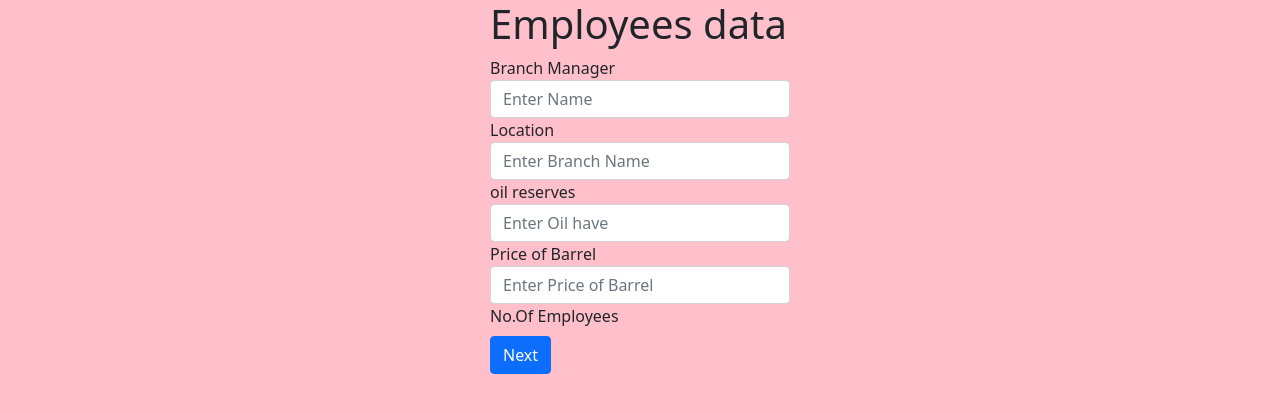
Repository: veerrajuMareddi/demo
Page: http://localhost/OilCorporation/views/save.jsp
An editor plug-in stored every save of this project. The page is shown before and after the next save, followed by the edit.
The browser window is 1280 px wide. The pictures show the whole page.
The page is served by Tomcat 9. Other server files are loaded and not shown.

Above is the page before, as saved 2022-05-01 04:48:26.

### OilCorporation/src/main/webapp/views/save.jsp

<%@ page language="java" contentType="text/html; charset=ISO-8859-1"
	pageEncoding="ISO-8859-1"%>
<%@ taglib uri="http://www.springframework.org/tags/form" prefix="form"%>
<%@taglib prefix="c" uri="http://java.sun.com/jsp/jstl/core"%>

<!DOCTYPE html>
<html>
<head>
<link
	href="https://cdn.jsdelivr.net/npm/bootstrap@5.1.3/dist/css/bootstrap.min.css"
	rel="stylesheet"
	integrity="sha384-1BmE4kWBq78iYhFldvKuhfTAU6auU8tT94WrHftjDbrCEXSU1oBoqyl2QvZ6jIW3"
	crossorigin="anonymous">
<script
	src="https://cdn.jsdelivr.net/npm/bootstrap@5.1.3/dist/js/bootstrap.bundle.min.js"
	integrity="sha384-ka7Sk0Gln4gmtz2MlQnikT1wXgYsOg+OMhuP+IlRH9sENBO0LRn5q+8nbTov4+1p"
	crossorigin="anonymous"></script>
<meta charset="ISO-8859-1">
<title>oilLmtd</title>
</head>

	<body style="background-color: pink;">
<style>
	form {
		width: 300px;
		margin: 0 auto;
	}
</style>
   <form action ="${pageContext.request.contextPath}/src/saveModel" method="post">
   <h1>Employees data</h1>
   <div class="form-group">
    <label for="branchManager">Branch Manager</label>
    <input type="text" class="form-control" name ="branchManager" id="branchManager" aria-describedby="emailHelp" placeholder="Enter Name">
   </div>
   <div class="form-group">
    <label for="branchManager">Location</label>
    <input type="text" class="form-control" name ="location" id="branchManager" aria-describedby="emailHelp" placeholder="Enter Branch Name">
   </div>
   <div class="form-group">
    <label for="branchManager">oil reserves</label>
    <input type="text" class="form-control" name ="oilReserves" id="branchManager" aria-describedby="emailHelp" placeholder="Enter Oil have">
   </div>
    <div class="form-group">
    <label for="branchManager">Price of Barrel</label>
    <input type="number" class="form-control" name ="barrelPrice" id="branchManager" aria-describedby="emailHelp" placeholder="Enter Price of Barrel">
   </div>
   <div class="form-group">
    <label for="branchManager">No.Of Employees</label>
    <input type="hidden" class="form-control" name ="emp.salary" id="branchManager" aria-describedby="emailHelp" placeholder="Enter Name">
   </div>
  <!-- <div class="form-group">
    <label for="exampleInputPassword1">Salary</label>
    <input type="number" class="form-control" name="emp.salary" id="oilReserves" placeholder="Enter Barrel Price">
  </div> -->

    <div class="form-group">
    <input type="hidden" class="form-control" name="prices.crudePrice" id="oilReserves" placeholder="Enter Barrel Price">
  </div>
 <!--  <div class="form-group">
    <label for="exampleInputPassword1"> petrol price</label>
    <input type="number" class="form-control" name="prices.petrolPrice" id="oilReserves" placeholder="Enter Barrel Price">
  </div>
  <div class="form-group">
    <label for="exampleInputPassword1">diesel price</label>
    <input type="number" class="form-control" name="prices.dieselPrice" id="oilReserves" placeholder="Enter Barrel Price">
  </div>
  <div class="form-group">
    <label for="exampleInputPassword1">Gas price</label>
    <input type="number" class="form-control" name="prices.gasPrice" id="oilReserves" placeholder="Enter Barrel Price">
  </div>
 -->  <!-- <div class="form-group">
    <label for="exampleInputPassword1">Salary</label>
    <input type="number" class="form-control" name="emp.salary" id="oilReserves" placeholder="Enter Barrel Price">
  </div> -->
  <div class="form-group mt-2">
  <button type="submit" class="btn btn-primary">Next</button>
  </div>
</form>
</body>
</html>

After the next save:
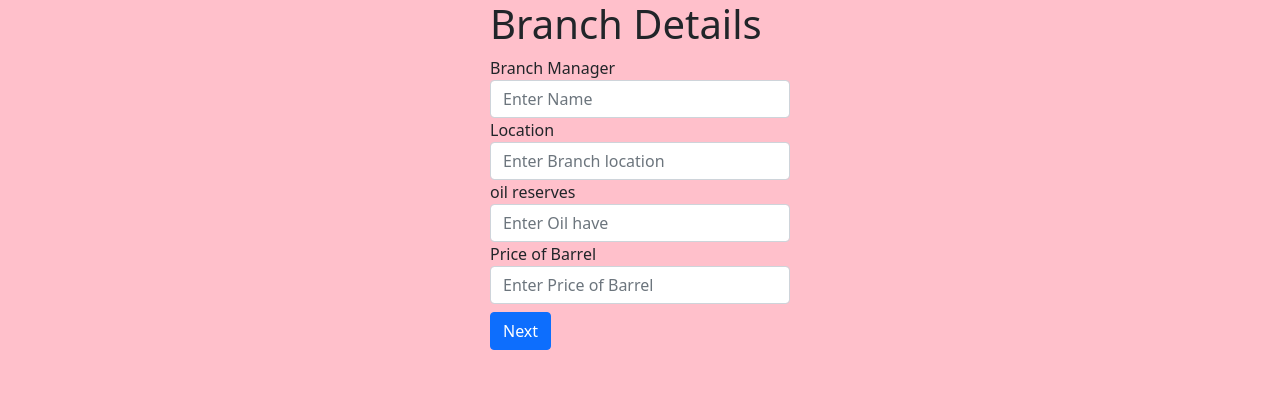
Saved 21 s later.
--- a/OilCorporation/src/main/webapp/views/save.jsp
+++ b/OilCorporation/src/main/webapp/views/save.jsp
@@ -28,14 +28,14 @@
 	}
 </style>
    <form action ="${pageContext.request.contextPath}/src/saveModel" method="post">
-   <h1>Employees data</h1>
+   <h1>Branch Details</h1>
    <div class="form-group">
     <label for="branchManager">Branch Manager</label>
     <input type="text" class="form-control" name ="branchManager" id="branchManager" aria-describedby="emailHelp" placeholder="Enter Name">
    </div>
    <div class="form-group">
     <label for="branchManager">Location</label>
-    <input type="text" class="form-control" name ="location" id="branchManager" aria-describedby="emailHelp" placeholder="Enter Branch Name">
+    <input type="text" class="form-control" name ="location" id="branchManager" aria-describedby="emailHelp" placeholder="Enter Branch location">
    </div>
    <div class="form-group">
     <label for="branchManager">oil reserves</label>
@@ -46,7 +46,6 @@
     <input type="number" class="form-control" name ="barrelPrice" id="branchManager" aria-describedby="emailHelp" placeholder="Enter Price of Barrel">
    </div>
    <div class="form-group">
-    <label for="branchManager">No.Of Employees</label>
     <input type="hidden" class="form-control" name ="emp.salary" id="branchManager" aria-describedby="emailHelp" placeholder="Enter Name">
    </div>
   <!-- <div class="form-group">
